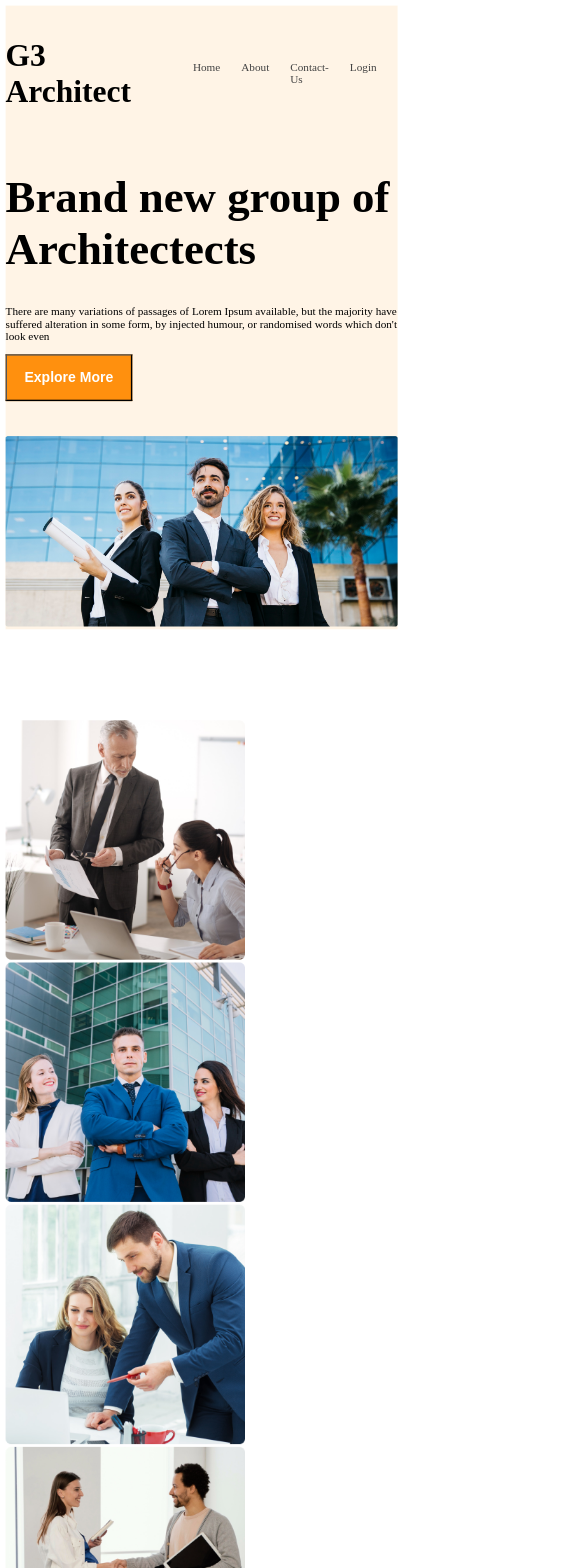
Repository: tanimtanzilislam/g3-architect-website
Page: index.html
The author's editor kept a copy of each file at every save. The page is drawn from the files as they stood at one save, then again after the next save.
The browser window is 576 px wide. The page is 834 px wide, then 701 px, so the pictures cover 834 px, including what lies to the right of the window. The pictures show the part of the page from y = 0 to 2240 px (the page is 4007 px tall before and 4059 px after), at 70% of full size.

Above is the page before, as saved 2026-02-06 21:48:13.

### index.html
<!DOCTYPE html>
<html lang="en">
<head>
    <meta charset="UTF-8">
    <meta name="viewport" content="width=device-width, initial-scale=1.0">
    <title>G3 Architecture</title>
    <link rel="stylesheet" href="styles/styles.css">
</head>
<body class=".work-sans-font">
    <header class="bg-light" >
        <nav class="navbar display-flex">
            <h3 class="brand">G3 Architect </h3>
             <ul class="nav-links display-flex">

                <li class="nav-item"><a href="" class="nav-link text-gray">Home</a></li>
                <li class="nav-item"><a href="" class="nav-link text-gray">About</a></li>
                <li class="nav-item"><a href="" class="nav-link text-gray">Contact-Us</a></li>
                <li class="nav-item"><a href="" class="nav-link text-gray">Login</a></li>
             </ul>
        </nav>

        <div class="banner">
        <div class="banner-content">
        <h1 class="banner-title">
                Brand new group of Architectects
            </h1>
            <p class="banner-description">
                There are many variations of passages of Lorem Ipsum available, but the majority have suffered alteration in some form, by injected humour, or randomised words which don't look even
            </p>
            <button class="btn-primary">Explore More</button>
            </div>

            <img class="banner-image" src="images/banner.png" alt="">
        </div>
    </header>
    <main>
        <!-- team section start -->
        <section class="teams display-flex">

            <div class="team-imag-container">

                <img src="images/team1.png" alt="two at=rchitect discussing about design">
                 <img src="images/team2.png" alt="">
                 <img src="images/team3.png" alt="">
                 <img src="images/team4.png" alt="">
            </div>

            <div class="our-features">
                <h3 class="section-title"> <span id="quick-list">Quick list </span><span>of our</span> <span  class="text-primary">features</span></h3>
                 <p class="feature-description  text-light-gray">
                    There are many variations of passages of Lorem Ipsum available, but the majority have suffered alteration in some form, by injected humour, or randomised words which don't look even
                 </p>
                 <button class="btn-primary">Explore More</button>
            </div>




        </section>

        <!-- some facts -->
         <section>
            <h3 class="section-title"> Some Facts</h3>
            <p class="text-light-gray fact-description">There are many variations of passages of Lorem Ipsum available, but the majority have suffered alteration.</p>

            <div class="facts-container">
                <!-- .fact-card*4>img.fact-icon+h4.fact-number+h5.fact-name -->
             <div class="fact-card display-flex">
                <img src="images/icons/ribon.png" alt="" class="fact-icon">
                <h4 class="fact-number">54</h4>
                <h5 class="fact-name">Awards Winning</h5>
             </div>
             <div class="fact-card">
                <div >
                    <img src="images/icons/projects.png" alt="" class="fact-icon">
                <h4 class="fact-number">1458</h4>
                <h5 class="fact-name">projects</h5>
                </div>
             </div>
             <div class="fact-card display-flex">
                <div>
                    <img src="images/icons/customers.png" alt="" class="fact-icon">
                <h4 class="fact-number">590</h4>
                <h5 class="fact-name">customers</h5>
                </div>
             </div>
             <div class="fact-card display-flex">
                <div>
                    <img src="images/icons/email.png" alt="" class="fact-icon">
                <h4 class="fact-number">22578</h4>
                <h5 class="fact-name">Email Send</h5>
                </div>
             </div>

            </div>

         </section>

         <!-- our facts -->
          <section class="our-sponsors">
            <div class="sponsor-info">
               <h3 class="section-title">Our Sponsors</h3>
               <p class="text-light-gray">
                There are many variations of passages of Lorem Ipsum available, but the majority have suffered alteration.
               </p>
               <div class="sponsor-companies">

                <img src="images/sponsors/spotify.png" alt="">
                 <img src="images/sponsors/google.png" alt="">
                  <img src="images/sponsors/amazon.png" alt="">
                   <img src="images/sponsors/telerama.png" alt="">
                    <img src="images/sponsors/figma.png" alt="">
               </div>

            </div>

          </section>
    </main>
    <footer></footer>

</body>
</html>

### styles/styles.css

@import url('https://fonts.googleapis.com/css2?family=Work+Sans:ital,wght@0,100..900;1,100..900&display=swap');

.work-sans-font{
  font-family: "Work Sans", sans-serif;
  font-optical-sizing: auto;
  font-weight: 400;
  font-style: normal;
}

/* shared styles */
.display-flex{
  display:flex;
}

.text-gray{
  color:#424242;
}

/* dark02 */
.text-light-gray{

color:#727272;

}

/* header styles */

.navbar{
  justify-content: space-between;
  align-items:center
}
.brand{
  font-weight:700;
  font-size:45px;
}

/* navbar related styles */
.bg-light{
  background-color: rgba(255,144,14,0.1);
}

.nav-item{
  list-style:none;
  margin-right:30px;
}

.nav-link{
  text-decoration:none;
  font-weight:500;
}
.navbar ,.banner{
  max-width:1440px;
  margin:0 auto;
}

/* banner related styles */

.banner-content{
  max-width:850px;
  margin-bottom:50px;

}
.banner-title{
  font-weight: 700;
  font-size:4em;
}
.btn-primary{
  background-color:#FF900E;
  color:white;
  padding:20px 25px;
  font-size: 1.25rem;
  font-weight:600;
  border-radius: none;

}
.banner-image{
  width:100%;

}

/* team and feature related styles */

.teams{
  align-items:center;

}
.team-img-container{
  display:grid;
  grid-template-columns: repeat(2,1fr);

}
main>section{
  margin-top:130px;
}

.our-features{
  margin-left: 130px;
  max-width: 530px;

}

.section-title{
  font-size:2.5rem;
  font-weight: 700;
}
#quick-list{
  font-weight:500;
}

.facts-container{
  display:grid;
  grid-template-columns: repeat(4,1fr);

}
/* Some Facts related styles */
.fact-card{
  border: 1px solid #FF900E;
  width:240px;
  height:240px;
  border-radius:8px;
  text-align: center;
  align-items:center;
  justify-content: center;
}
.fact-number{
  font-size: 2.8rem;
  font-weight: 600;
  margin-top:5px;
  margin-bottom:10px;

}
.fact-name{
  font-size:1.25rem;
  font-weight:600 px;
}

.text-primary{
  color:#FF900E;
}
.fact-description{
  max-width:540px;
}
.sponsor-companies{
  justify-items: center;
  gap:24px;
}
/* responsive media query */
 @media screen and( max-width:576px){
  .navbar ,.nav-links, .teams{

    flex-direction: column;


  }

  .teams-img-container, .facts-container,
  .sponsor-companies{
    grid-template-columns: 1fr;
  }
  .facts-container,.sponsor-companies{
    justify-content: center;
    gap:24px;
  }
  .our-features{
    margin-left:20px;
  }

}

main{
  max-width:1440px;
  margin:0px auto;

}

/* sponsor related styles */
.sponsor-info{
  max-width:540px;
  margin:50px auto;


}
.sponsor-companies img{
   filter:grayscale(100%);


}

/*  medium size device */
@media screen and (min-width:576px) and (max-width:992px){

  .teams{
    flex-direction:column

  }
  .our-features{
   margin:50px auto;
  }
  .sponsor-companies,.facts-container{
    grid-template-columns:repeat(3,1fr);
    gap:50px;
    justify-items: center;
  }
}

After the next save:
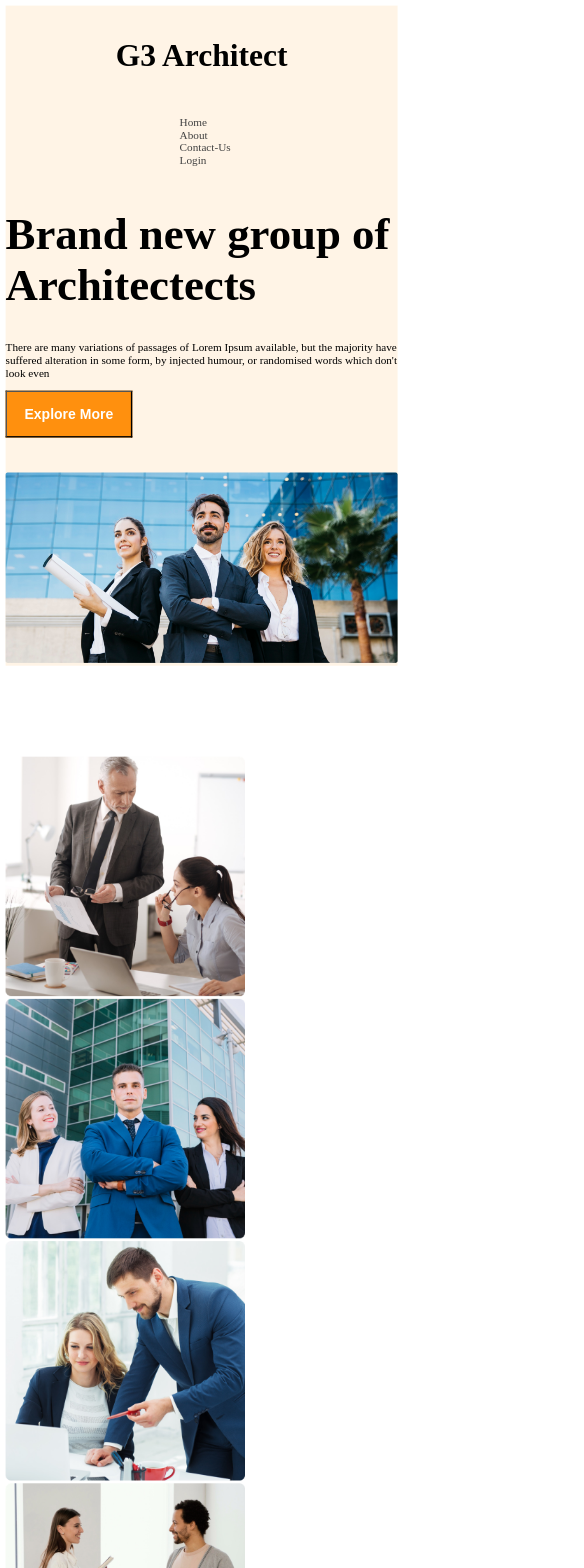
Saved 2 min 24 s later.
--- a/styles/styles.css
+++ b/styles/styles.css
@@ -1,4 +1,3 @@
-
 @import url('https://fonts.googleapis.com/css2?family=Work+Sans:ital,wght@0,100..900;1,100..900&display=swap');
 
 .work-sans-font{
@@ -19,16 +18,14 @@
 
 /* dark02 */
 .text-light-gray{
-
-color:#727272;
-
+  color:#727272;
 }
 
 /* header styles */
 
 .navbar{
   justify-content: space-between;
-  align-items:center
+  align-items:center;
 }
 .brand{
   font-weight:700;
@@ -58,8 +55,7 @@
 
 .banner-content{
   max-width:850px;
-  margin-bottom:50px;
-
+  margin: 0 auto 50px auto;
 }
 .banner-title{
   font-weight: 700;
@@ -71,24 +67,20 @@
   padding:20px 25px;
   font-size: 1.25rem;
   font-weight:600;
-  border-radius: none;
-
+  border-radius: 0;
 }
 .banner-image{
   width:100%;
-
 }
 
 /* team and feature related styles */
 
 .teams{
   align-items:center;
-
 }
 .team-img-container{
   display:grid;
   grid-template-columns: repeat(2,1fr);
-
 }
 main>section{
   margin-top:130px;
@@ -97,7 +89,6 @@
 .our-features{
   margin-left: 130px;
   max-width: 530px;
-
 }
 
 .section-title{
@@ -111,8 +102,8 @@
 .facts-container{
   display:grid;
   grid-template-columns: repeat(4,1fr);
+}
 
-}
 /* Some Facts related styles */
 .fact-card{
   border: 1px solid #FF900E;
@@ -128,11 +119,10 @@
   font-weight: 600;
   margin-top:5px;
   margin-bottom:10px;
-
 }
 .fact-name{
   font-size:1.25rem;
-  font-weight:600 px;
+  font-weight:600;
 }
 
 .text-primary{
@@ -145,16 +135,14 @@
   justify-items: center;
   gap:24px;
 }
+
 /* responsive media query */
- @media screen and( max-width:576px){
+@media screen and (max-width:576px){
   .navbar ,.nav-links, .teams{
-
     flex-direction: column;
-
-
   }
 
-  .teams-img-container, .facts-container,
+  .team-img-container, .facts-container,
   .sponsor-companies{
     grid-template-columns: 1fr;
   }
@@ -165,37 +153,29 @@
   .our-features{
     margin-left:20px;
   }
-
 }
 
 main{
   max-width:1440px;
   margin:0px auto;
-
 }
 
 /* sponsor related styles */
 .sponsor-info{
   max-width:540px;
   margin:50px auto;
-
-
 }
 .sponsor-companies img{
-   filter:grayscale(100%);
-
-
+  filter:grayscale(100%);
 }
 
 /*  medium size device */
 @media screen and (min-width:576px) and (max-width:992px){
-
   .teams{
-    flex-direction:column
-
+    flex-direction:column;
   }
   .our-features{
-   margin:50px auto;
+    margin:50px auto;
   }
   .sponsor-companies,.facts-container{
     grid-template-columns:repeat(3,1fr);
